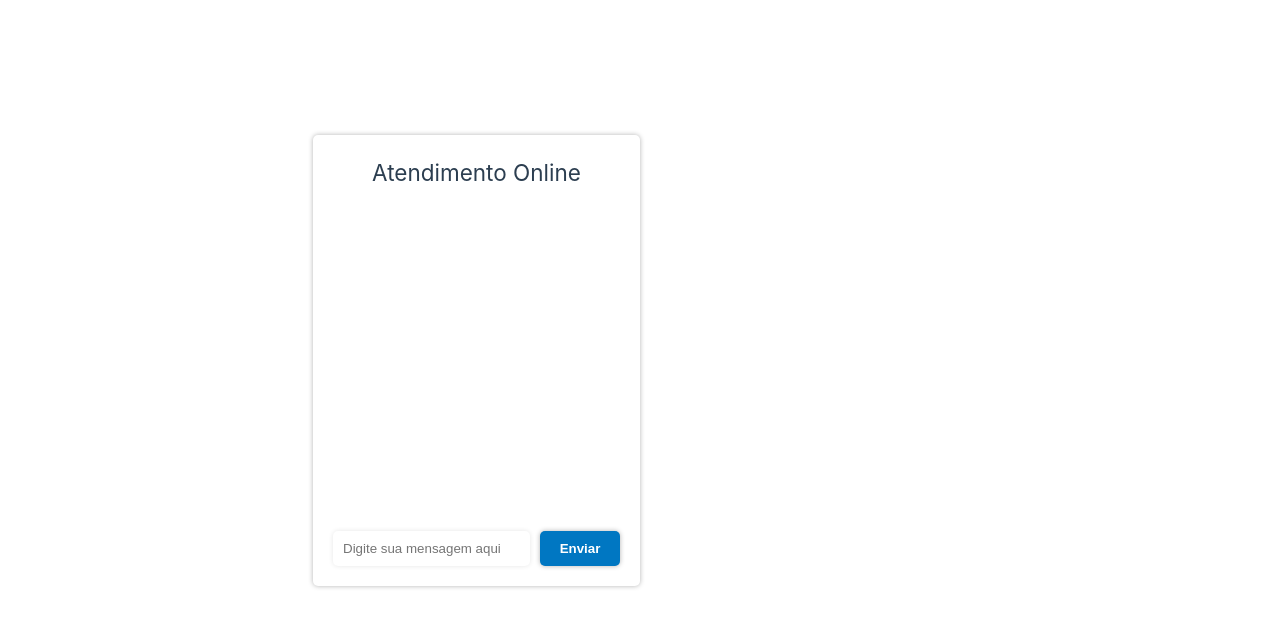
Repository: GabrielGuinzani/vueChat
Page: /
The author's editor kept a copy of each file at every save. The page is drawn from the files as they stood at one save, then again after the next save.
The browser window is 1280 px wide. The pictures show the whole page.
Some web libraries are served in a nearby version. The project was rebuilt for these pictures with package versions that can differ from the ones it lists, and the page was loaded fresh each time. Also part of the build but not shown: vite.config.js.

Above is the page before, as saved 2023-04-18 21:06:19.

After the next save:
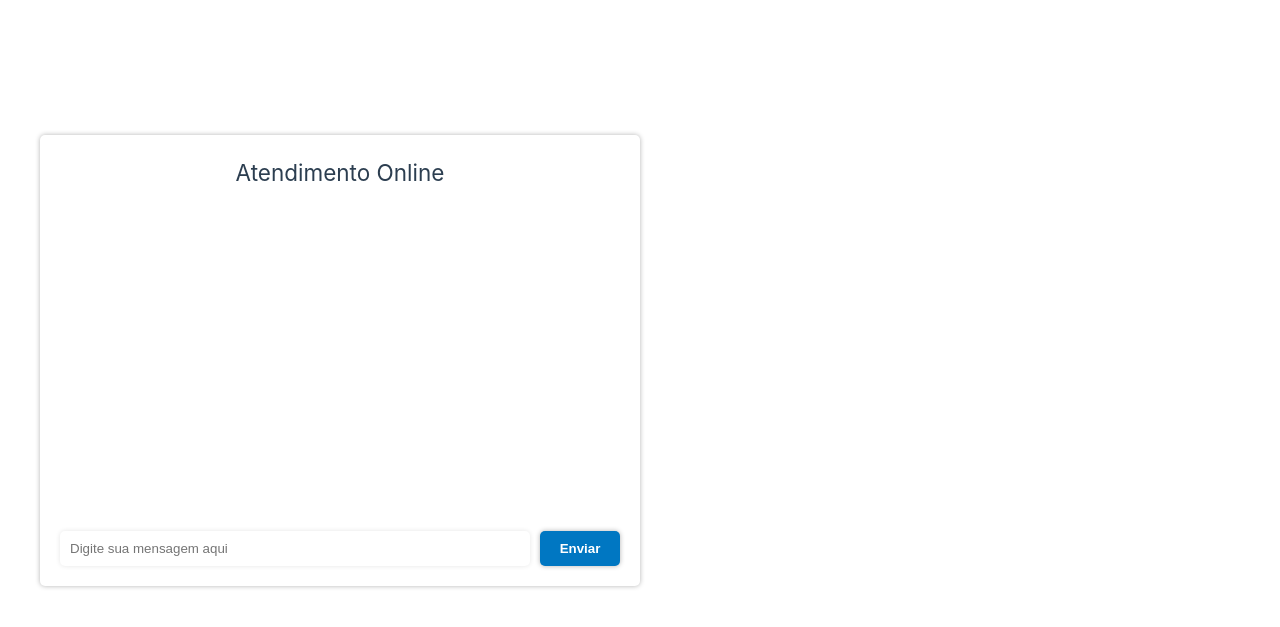
Saved 11 s later.
--- a/src/App.vue
+++ b/src/App.vue
@@ -101,7 +101,7 @@ export default {
     border-radius: 5px;
     box-shadow: 0px 0px 5px rgba(0, 0, 0, 0.3);
     margin: 20px auto;
-    max-width: 600px;
+    min-width: 600px;
     padding: 20px;
   }
 
